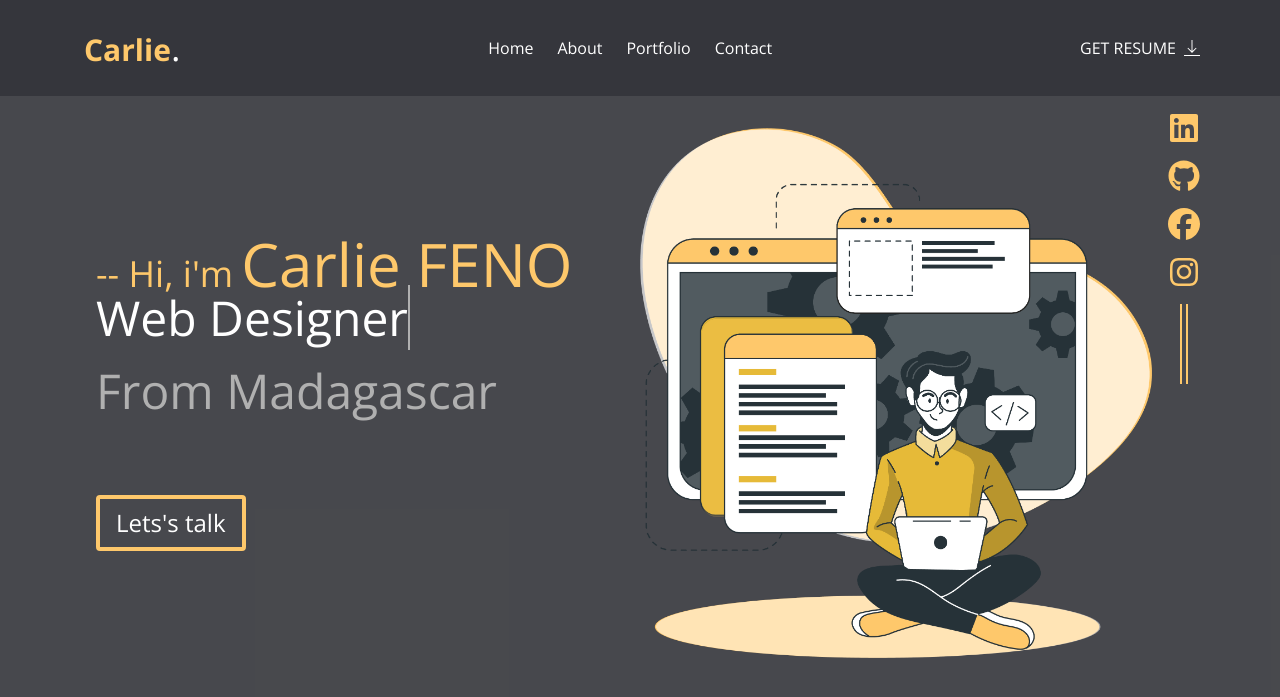
Repository: FenoCarlie/Portfolio
Page: / (app in frontend/)
An editor plug-in stored every save of this project. The page is shown before and after the next save, followed by the edit.
The browser window is 1280 px wide. The pictures show the whole page.
The project was rebuilt for these pictures with package versions that can differ from the ones it lists, and the page was loaded fresh each time. Also part of the build but not shown: frontend/vite.config.js, frontend/src/views/notFound/NotFound.jsx. Imported but missing from the stored project, and not drawn on this page: frontend/src/views/about/About, frontend/src/views/contact/Contact, frontend/src/views/portfolio/Portfolio.

Above is the page before, as saved 2024-05-13 02:17:43.

After the next save:
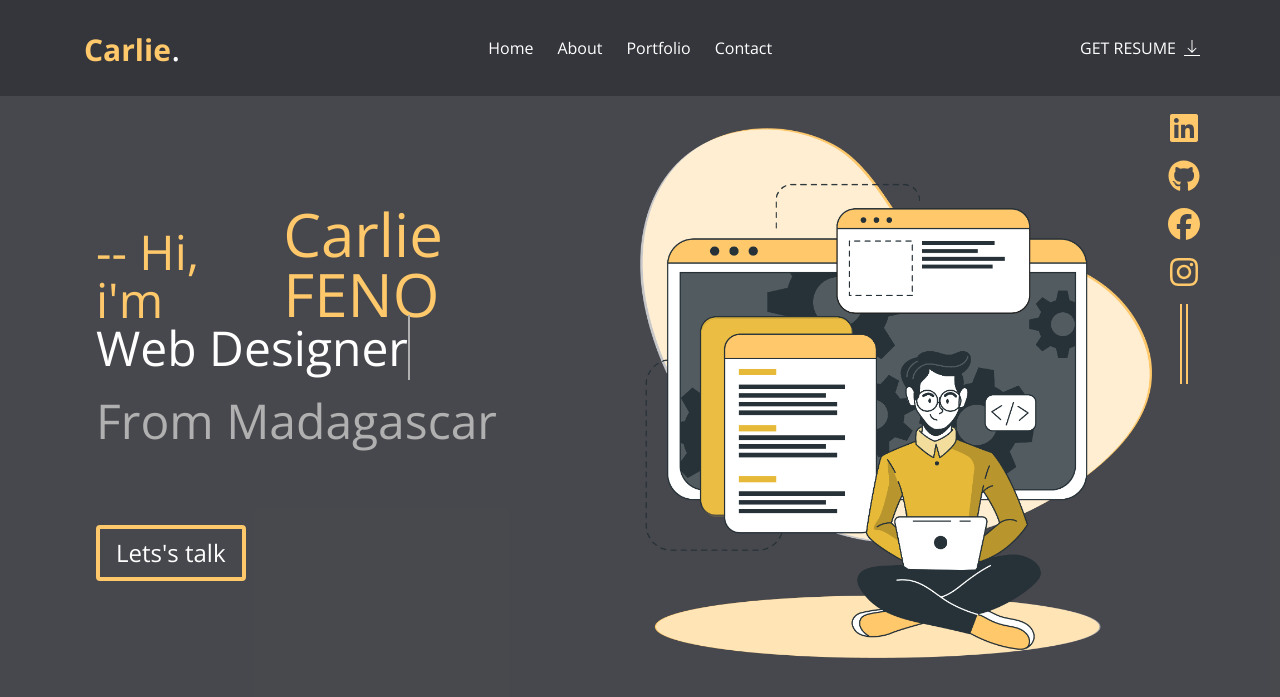
Saved 18 s later.
--- a/frontend/src/views/frontend/home/home.jsx
+++ b/frontend/src/views/frontend/home/home.jsx
@@ -80,7 +80,7 @@ function Home() {
           <TrackVisibility className="w-full">
             <div className={"w-full"}>
               <span className="text-yellowClaire flex items-end">
-                <h3 className="mr-2 text-3xl lg:text-4xl">-- Hi, i'm</h3>
+                <h3 className="mr-2 text-3xl lg:text-5xl">-- Hi, i'm</h3>
                 <h1 className="text-4xl lg:text-6xl">Carlie FENO</h1>
               </span>
               <h1>
